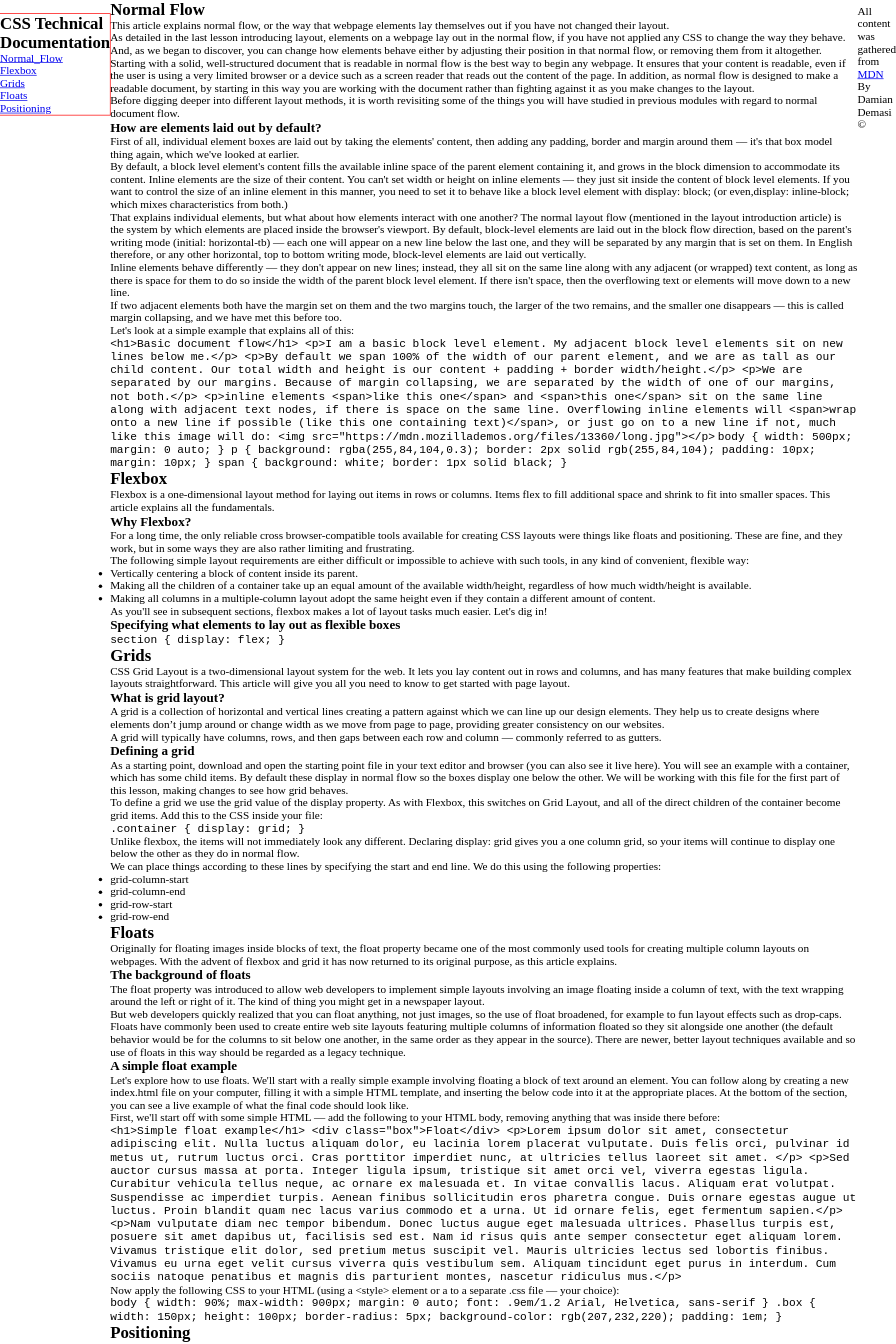
Repository: Colo-Codes/freecodecamp-04-Technical-Documentation-Page
Page: index.html
These files come from the project's save history. The page is drawn as it stood at one moment and after the next save; the edit follows.
The browser window is 1280 px wide. The pictures show the part of the page from y = 0 to 1920 px (the page is 2195 px tall before and 2586 px after), at 70% of full size.

Above is the page before, as saved 2021-05-21 11:34:26.

### index.html
<!DOCTYPE html>
<html lang="en">

<head>
    <meta charset="UTF-8">
    <meta http-equiv="X-UA-Compatible" content="IE=edge">
    <meta name="viewport" content="width=device-width, initial-scale=1.0">
    <link rel="stylesheet" href="./resources/css/index.css" type="text/css">
    <title>Technical Documentation Page</title>
</head>

<body>
    <div id="navbar-margin"></div>
    <header id="navbar-block">
        <nav id="navbar">
            <!-- On the left of screen, fixed (visible) -->
            <header>
                <h1>CSS Technical Documentation</h1>
            </header>
            <ul>
                <li><a href="#Normal_Flow" class="nav-link">Normal_Flow</a></li>
                <li><a href="#Flexbox" class="nav-link">Flexbox</a></li>
                <li><a href="#Grids" class="nav-link">Grids</a></li>
                <li><a href="#Floats" class="nav-link">Floats</a></li>
                <li><a href="#Positioning" class="nav-link">Positioning</a></li>
            </ul>
        </nav>
    </header>
    <main id="main-doc">
        <section class="main-section" id="Normal_Flow">
            <header>
                <h2>Normal Flow</h2>
            </header>
            <p>This article explains normal flow, or the way that webpage elements lay themselves out if you have not
                changed their
                layout.</p>
            <p>As detailed in the last lesson introducing layout, elements on a webpage lay out in the normal flow, if
                you have not
                applied any CSS to change the way they behave. And, as we began to discover, you can change how elements
                behave
                either by adjusting their position in that normal flow, or removing them from it altogether. Starting
                with a solid,
                well-structured document that is readable in normal flow is the best way to begin any webpage. It
                ensures that your
                content is readable, even if the user is using a very limited browser or a device such as a screen
                reader that reads
                out the content of the page. In addition, as normal flow is designed to make a readable document, by
                starting in
                this way you are working with the document rather than fighting against it as you make changes to the
                layout.</p>
            <p>Before digging deeper into different layout methods, it is worth revisiting some of the things you will
                have studied
                in previous modules with regard to normal document flow.</p>
            <h3>How are elements laid out by default?</h3>
            <p>First of all, individual element boxes are laid out by taking the elements' content, then adding any
                padding, border
                and margin around them — it's that box model thing again, which we've looked at earlier.
            </p>
            <p>By default, a block level element's content fills the available inline space of the parent element
                containing it,
                and grows in the block dimension to accommodate its content. Inline elements are the size of their
                content. You
                can't set width or height on inline elements — they just sit inside the content of block level elements.
                If you want
                to control the size of an inline element in this manner, you need to set it to behave like a block level
                element
                with display: block; (or even,display: inline-block; which mixes characteristics from both.)
            </p>
            <p>That explains individual elements, but what about how elements interact with one another? The normal
                layout flow
                (mentioned in the layout introduction article) is the system by which elements are placed inside the
                browser's
                viewport. By default, block-level elements are laid out in the block flow direction, based on the
                parent's writing
                mode (initial: horizontal-tb) — each one will appear on a new line below the last one, and they will be
                separated by
                any margin that is set on them. In English therefore, or any other horizontal, top to bottom writing
                mode,
                block-level elements are laid out vertically.
            </p>
            <p>Inline elements behave differently — they don't appear on new lines; instead, they all sit on the same
                line along
                with any adjacent (or wrapped) text content, as long as there is space for them to do so inside the
                width of the
                parent block level element. If there isn't space, then the overflowing text or elements will move down
                to a new
                line.
            </p>
            <p>If two adjacent elements both have the margin set on them and the two margins touch, the larger of the
                two remains,
                and the smaller one disappears — this is called margin collapsing, and we have met this before too.</p>
            <p>Let's look at a simple example that explains all of this:</p>
            <code>&lt;h1&gt;Basic document flow&lt;/h1&gt;

                &lt;p&gt;I am a basic block level element. My adjacent block level elements sit on new lines below me.&lt;/p&gt;

                &lt;p&gt;By default we span 100% of the width of our parent element, and we are as tall as our child content. Our total width and height is our content + padding + border width/height.&lt;/p&gt;

                &lt;p&gt;We are separated by our margins. Because of margin collapsing, we are separated by the width of one of our margins, not both.&lt;/p&gt;

                &lt;p&gt;inline elements &lt;span&gt;like this one&lt;/span&gt; and &lt;span&gt;this one&lt;/span&gt; sit on the same line along with adjacent text nodes, if there is space on the same line. Overflowing inline elements will &lt;span&gt;wrap onto a new line if possible (like this one containing text)&lt;/span&gt;, or just go on to a new line if not, much like this image will do: &lt;img src="https://mdn.mozillademos.org/files/13360/long.jpg"&gt;&lt;/p&gt;</code>
            <code>body {
                width: 500px;
                margin: 0 auto;
              }

              p {
                background: rgba(255,84,104,0.3);
                border: 2px solid rgb(255,84,104);
                padding: 10px;
                margin: 10px;
              }

              span {
                background: white;
                border: 1px solid black;
              }</code>


        </section>

        <section class="main-section" id="Flexbox">
            <header>
                <h2>Flexbox</h2>
            </header>
            <p>Flexbox is a one-dimensional layout method for laying out items in rows or columns. Items flex to fill
                additional space and shrink to fit into smaller spaces. This article explains all the fundamentals.</p>
            <h3>Why Flexbox?</h3>
            <p>For a long time, the only reliable cross browser-compatible tools available for creating CSS layouts were
                things like floats and positioning. These are fine, and they work, but in some ways they are also rather
                limiting and frustrating.</p>
            <p>The following simple layout requirements are either difficult or impossible to achieve with such tools,
                in any kind of convenient, flexible way:</p>
            <ul>
                <li>Vertically centering a block of content inside its parent.</li>
                <li>Making all the children of a container take up an equal amount of the available width/height,
                    regardless of how much width/height is available.</li>
                <li>Making all columns in a multiple-column layout adopt the same height even if they contain a
                    different amount of content.</li>
            </ul>
            <p>As you'll see in subsequent sections, flexbox makes a lot of layout tasks much easier. Let's dig in!</p>
            <h3>Specifying what elements to lay out as flexible boxes</h3>
            <code>section {
                display: flex;
              }</code>


        </section>

        <section class="main-section" id="Grids">
            <header>
                <h2>Grids</h2>
            </header>
            <p>CSS Grid Layout is a two-dimensional layout system for the web. It lets you lay content out in rows and
                columns, and has many features that make building complex layouts straightforward. This article will
                give you all you need to know to get started with page layout.</p>
            <h3>What is grid layout?</h3>
            <p>A grid is a collection of horizontal and vertical lines creating a pattern against which we can line up
                our design elements. They help us to create designs where elements don’t jump around or change width as
                we move from page to page, providing greater consistency on our websites.</p>
            <p>A grid will typically have columns, rows, and then gaps between each row and column — commonly referred
                to as gutters.</p>
            <h3>Defining a grid</h3>
            <p>As a starting point, download and open the starting point file in your text editor and browser (you can
                also see it live here). You will see an example with a container, which has some child items. By default
                these display in normal flow so the boxes display one below the other. We will be working with this file
                for the first part of this lesson, making changes to see how grid behaves.</p>
            <p>To define a grid we use the grid value of the display property. As with Flexbox, this switches on Grid
                Layout, and all of the direct children of the container become grid items. Add this to the CSS inside
                your file:</p>
            <code>.container {
                display: grid;
            }</code>
            <p>Unlike flexbox, the items will not immediately look any different. Declaring display: grid gives you a
                one column grid, so your items will continue to display one below the other as they do in normal flow.
            </p>
            <p>We can place things according to these lines by specifying the start and end line. We do this using the
                following properties:</p>
            <ul>
                <li>grid-column-start</li>
                <li>grid-column-end</li>
                <li>grid-row-start</li>
                <li>grid-row-end</li>
            </ul>

        </section>

        <section class="main-section" id="Floats">
            <header>
                <h2>Floats</h2>
            </header>
            <p>Originally for floating images inside blocks of text, the float property became one of the most commonly
                used tools for creating multiple column layouts on webpages. With the advent of flexbox and grid it has
                now returned to its original purpose, as this article explains.</p>
            <h3>The background of floats</h3>
            <p>The float property was introduced to allow web developers to implement simple layouts involving an image
                floating inside a column of text, with the text wrapping around the left or right of it. The kind of
                thing you might get in a newspaper layout.</p>
            <p>But web developers quickly realized that you can float anything, not just images, so the use of float
                broadened, for example to fun layout effects such as drop-caps.</p>
            <p>Floats have commonly been used to create entire web site layouts featuring multiple columns of
                information floated so they sit alongside one another (the default behavior would be for the columns to
                sit below one another, in the same order as they appear in the source). There are newer, better layout
                techniques available and so use of floats in this way should be regarded as a legacy technique.</p>
            <h3>A simple float example</h3>
            <p>Let's explore how to use floats. We'll start with a really simple example involving floating a block of
                text around an element. You can follow along by creating a new index.html file on your computer, filling
                it with a simple HTML template, and inserting the below code into it at the appropriate places. At the
                bottom of the section, you can see a live example of what the final code should look like.</p>
            <p>First, we'll start off with some simple HTML — add the following to your HTML body, removing anything
                that was inside there before:</p>
            <code>&lt;h1&gt;Simple float example&lt;/h1&gt;

                &lt;div class="box"&gt;Float&lt;/div&gt;

                &lt;p&gt;Lorem ipsum dolor sit amet, consectetur adipiscing elit. Nulla luctus aliquam dolor, eu lacinia lorem placerat vulputate. Duis felis orci, pulvinar id metus ut, rutrum luctus orci. Cras porttitor imperdiet nunc, at ultricies tellus laoreet sit amet. &lt;/p&gt;

                &lt;p&gt;Sed auctor cursus massa at porta. Integer ligula ipsum, tristique sit amet orci vel, viverra egestas ligula. Curabitur vehicula tellus neque, ac ornare ex malesuada et. In vitae convallis lacus. Aliquam erat volutpat. Suspendisse ac imperdiet turpis. Aenean finibus sollicitudin eros pharetra congue. Duis ornare egestas augue ut luctus. Proin blandit quam nec lacus varius commodo et a urna. Ut id ornare felis, eget fermentum sapien.&lt;/p&gt;

                &lt;p&gt;Nam vulputate diam nec tempor bibendum. Donec luctus augue eget malesuada ultrices. Phasellus turpis est, posuere sit amet dapibus ut, facilisis sed est. Nam id risus quis ante semper consectetur eget aliquam lorem. Vivamus tristique elit dolor, sed pretium metus suscipit vel. Mauris ultricies lectus sed lobortis finibus. Vivamus eu urna eget velit cursus viverra quis vestibulum sem. Aliquam tincidunt eget purus in interdum. Cum sociis natoque penatibus et magnis dis parturient montes, nascetur ridiculus mus.&lt;/p&gt;
            </code>
            <p>Now apply the following CSS to your HTML (using a &lt;style&gt; element or a
                <link> to a separate .css file — your choice):
            </p>
            <code>
                body {
                    width: 90%;
                    max-width: 900px;
                    margin: 0 auto;
                    font: .9em/1.2 Arial, Helvetica, sans-serif
                  }

                  .box {
                    width: 150px;
                    height: 100px;
                    border-radius: 5px;
                    background-color: rgb(207,232,220);
                    padding: 1em;
                  }
                </code>

        </section>

        <section class="main-section" id="Positioning">
            <header>
                <h2>Positioning</h2>
            </header>
            <p>Positioning allows you to take elements out of the normal document layout flow, and make them behave
                differently; for example sitting on top of one another, or always remaining in the same place inside the
                browser viewport. This article explains the different position values, and how to use them.</p>
            <ul>
                <li>Default value: static</li>
                <li>Inherited: no</li>
                <li>Animatable: no. Read about animatable</li>
                <li>Version: CSS2</li>
                <li>JavaScript syntax: object.style.position="absolute"</li>
            </ul>
            <h3>Introducing positioning</h3>
            <p>The whole idea of positioning is to allow us to override the basic document flow behavior described
                above, to produce interesting effects. What if you want to slightly alter the position of some boxes
                inside a layout from their default layout flow position, to give a slightly quirky, distressed feel?
                Positioning is your tool. Or if you want to create a UI element that floats over the top of other parts
                of the page, and/or always sits in the same place inside the browser window no matter how much the page
                is scrolled? Positioning makes such layout work possible.</p>
            <h3>Static positioning</h3>
            <p>Static positioning is the default that every element gets — it just means "put the element into its
                normal position in the document layout flow — nothing special to see here."</p>
        </section>
    </main>
    <footer>
        <p>All content was gathered from <a href="https://developer.mozilla.org/en-US/docs/Learn/CSS/CSS_layout" target="_blank">MDN</a></p>
        By Damian Demasi &copy;
    </footer>
</body>

</html>

### resources/css/index.css
/* TODO - My Technical Documentation page should use at least one media query. */

/* Reset */
html {
    box-sizing: border-box;
    font-size: 16px;
}

*, *:before, *:after {
    box-sizing: inherit;
    margin: 0;
    padding: 0;
}

body {
    position: relative;
    display: flex;
    /* align-items: flex-start; */
    align-items: baseline;
}

#navbar-block {
    position: sticky;
    top: 20px;
    outline: 1px solid red;
}

#Flexbox {
    position: sticky;
    top: 20px;

}

#Grids {
    position: sticky;
    top: 20px;
}

After the next save:
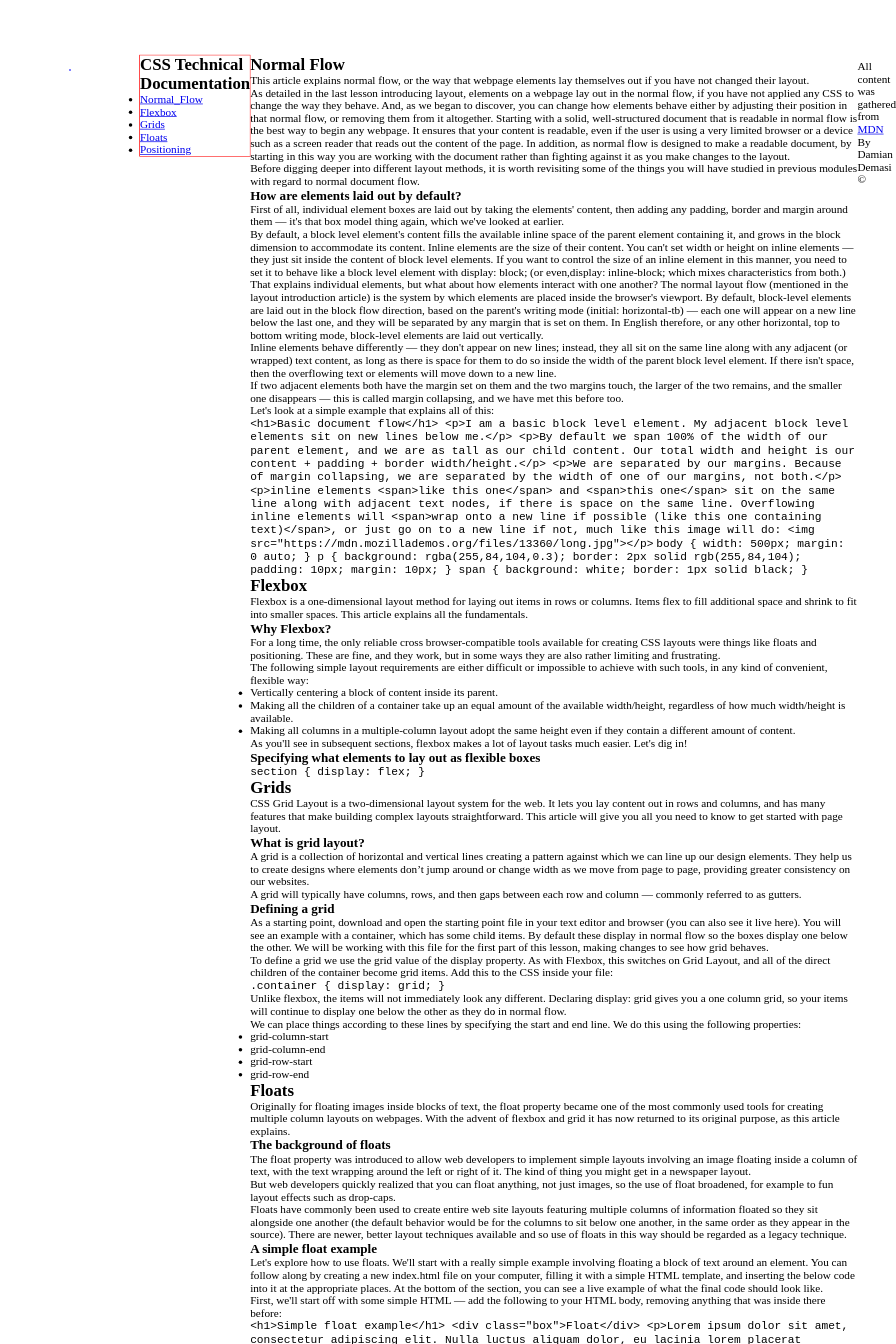
Saved 35 s later.
--- a/resources/css/index.css
+++ b/resources/css/index.css
@@ -18,7 +18,11 @@ body {
     /* align-items: flex-start; */
     align-items: baseline;
 }
+#navbar-margin {
+    margin: 100px;
+    outline: 1px solid blue;
 
+}
 #navbar-block {
     position: sticky;
     top: 20px;
